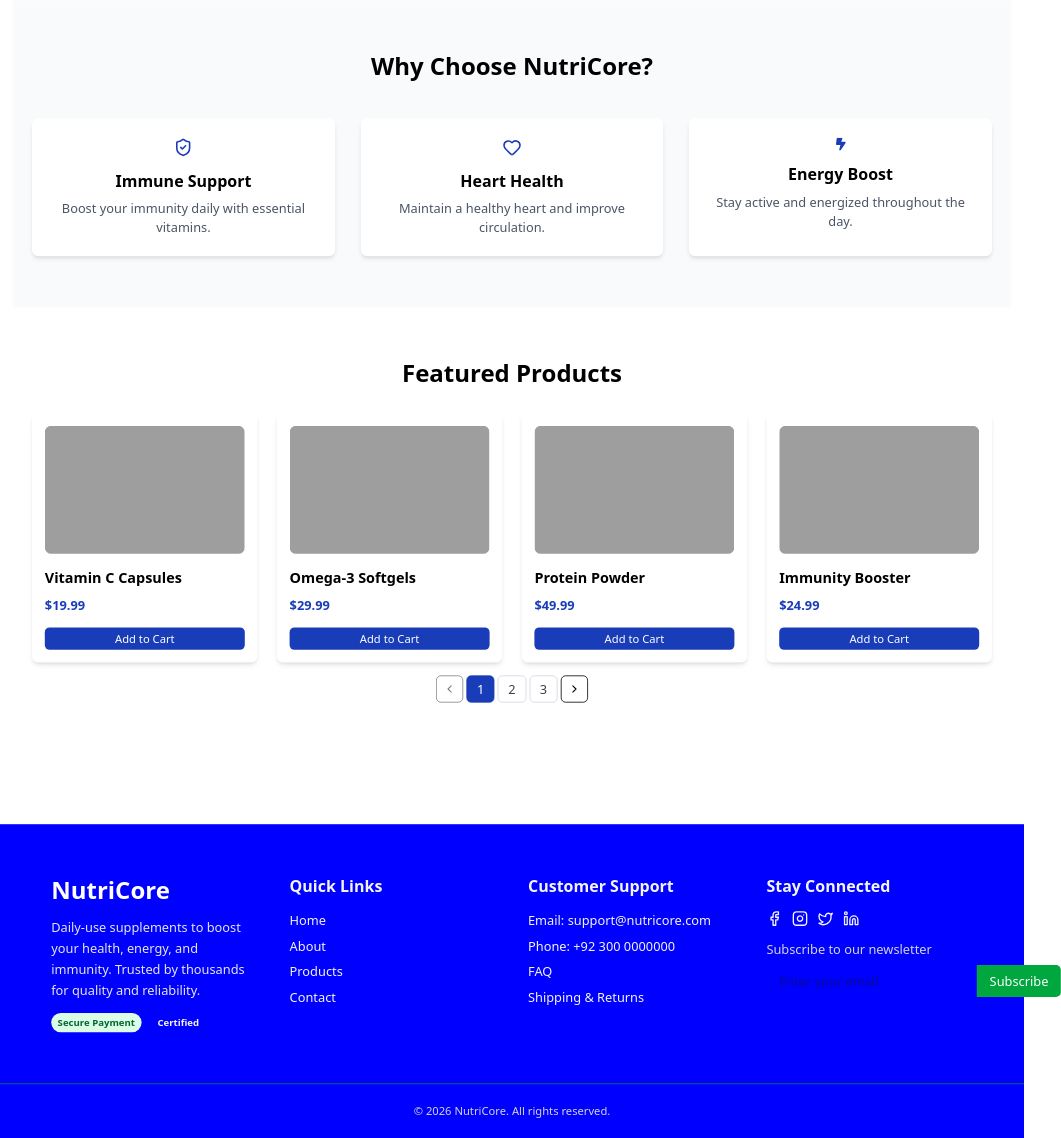
Repository: A-Nawaz512/NutriCore
Page: / (app in frontend/)
An editor plug-in stored every save of this project. The page is shown before and after the next save, followed by the edit.
The browser window is 1280 px wide. The page is 1326 px wide, so the pictures cover 1326 px, including what lies to the right of the window. The pictures show the part of the page from y = 664 to 2087 px (the page is 2087 px tall), at 80% of full size.
Pictures or frames that could not be fetched are drawn as grey boxes. The project was rebuilt for these pictures with package versions that can differ from the ones it lists, and the page was loaded fresh each time. Also part of the build but not shown: frontend/vite.config.ts.

Above is the page before, as saved 2026-02-17 19:18:55.

### frontend/src/main.tsx
import { StrictMode } from 'react'
import { createRoot } from 'react-dom/client'
import './index.css'
import App from './App.tsx'
import {BrowserRouter} from "react-router-dom"

createRoot(document.getElementById('root')!).render(
  <StrictMode>
     <BrowserRouter>
      <App />
    </BrowserRouter>
  </StrictMode>,
)

### frontend/src/App.tsx
import AppRouter from "./app/router/AppRouter"

function App() {
  return <AppRouter />
}

export default App

### frontend/src/app/router/AppRouter.tsx
import { Routes, Route } from "react-router-dom"
import { lazy, Suspense } from "react"

import MainLayout from "../../shared/components/layout/MainLayout"
// import AdminLayout from "@/shared/components/layout/AdminLayout"
// import ProtectedRoute from "./ProtectedRoute"
// import AdminRoute from "./AdminRoute"

const HomePage = lazy(() => import("../../features/home/pages/HomePage"))
// const AboutPage = lazy(() => import("@/features/about/pages/AboutPage"))
// const ProductsPage = lazy(() => import("@/features/products/pages/ProductsPage"))
// const ContactPage = lazy(() => import("@/features/contact/pages/ContactPage"))
// const LoginPage = lazy(() => import("@/features/auth/pages/LoginPage"))
// const SignupPage = lazy(() => import("@/features/auth/pages/SignupPage"))
// const DashboardPage = lazy(() => import("@/features/admin/pages/DashboardPage"))

const AppRouter = () => {
  return (
    <Suspense fallback={<div>Loading...</div>}>
      <Routes>
        {/* Public Layout */}
        <Route element={<MainLayout />}>
          <Route path="/" element={<HomePage />} />
          {/* <Route path="/about" element={<AboutPage />} />
          <Route path="/products" element={<ProductsPage />} />
          <Route path="/contact" element={<ContactPage />} /> */}
        </Route>

        {/* Auth */}
        {/* <Route path="/login" element={<LoginPage />} />
        <Route path="/signup" element={<SignupPage />} /> */}

        {/* Protected Admin */}
        {/* <Route element={<ProtectedRoute />}>
          <Route element={<AdminRoute />}>
            <Route element={<AdminLayout />}>
              <Route path="/admin/dashboard" element={<DashboardPage />} />
            </Route>
          </Route>
        </Route> */}
      </Routes>
    </Suspense>
  )
}

export default AppRouter

### frontend/src/shared/components/layout/MainLayout.tsx
import { Outlet } from "react-router-dom"
import Header from "./Header"
import Footer from "./Footer"

const MainLayout = () => {
  return (
    <div className="min-h-screen flex flex-col bg-white">
      <Header />
      <main className="flex-1 container mx-auto px-4 py-6">
        <Outlet />
      </main>
      <Footer />
    </div>
  )
}

export default MainLayout

### frontend/src/features/home/pages/HomePage.tsx
import { FC } from "react"
import HeroSection from "../components/HeroSection"
import BenefitsSection from "../components/BenefitsSection"
import FeaturedProducts from "../components/FeaturedProducts"

const HomePage: FC = () => {
  return (
    <>
      <HeroSection />
      <BenefitsSection />
      <FeaturedProducts />
    </>
  )
}

export default HomePage

### frontend/src/shared/components/layout/Header.tsx
import { FC, useState } from "react"
import { Link } from "react-router-dom"
import { ShoppingCart, Menu, X } from "lucide-react"
import Button from "../ui/Button"
import Badge from "../ui/Badge"

const Header: FC = () => {
  const [isMobileMenuOpen, setIsMobileMenuOpen] = useState(false)

  const navLinks = [
    { name: "Home", path: "/" },
    { name: "About", path: "/about" },
    { name: "Products", path: "/products" },
    { name: "Contact", path: "/contact" },
  ]

  return (
    <header className="bg-white shadow-md">
      <div className="container mx-auto flex items-center justify-between p-4">
        {/* Logo */}
        <Link to="/" className="text-2xl font-bold text-blue-800">
          NutriCore
        </Link>

        {/* Desktop Navigation */}
        <nav className="hidden md:flex space-x-3">
          {navLinks.map(link => (
            <Link
              key={link.name}
              to={link.path}
              className="text-gray-700 hover:bg-blue-800 hover:text-white rounded px-3 py-1 font-medium transition"
            >
              {link.name}
            </Link>
          ))}
        </nav>

        {/* Cart + Auth Buttons */}
        <div className="flex items-center space-x-4">
          <Link to="/cart" className="relative flex ">
            <ShoppingCart size={24} className="text-gray-700 hover:text-blue-800 transition" />
            <Badge color="blue" className="absolute -top-2 -right-2">
              2
            </Badge>
          </Link>
          <Button variant="outline" size="sm">
            Login
          </Button>
        </div>

        {/* Mobile Menu Toggle */}
        <div className="md:hidden">
          <button onClick={() => setIsMobileMenuOpen(prev => !prev)}>
            {isMobileMenuOpen ? <X size={24} /> : <Menu size={24} />}
          </button>
        </div>
      </div>

      {/* Mobile Menu */}
      {isMobileMenuOpen && (
        <div className="md:hidden bg-white shadow-md">
          {navLinks.map(link => (
            <Link
              key={link.name}
              to={link.path}
              className="block px-4 py-2 text-gray-700 hover:bg-gray-100 transition"
              onClick={() => setIsMobileMenuOpen(false)}
            >
              {link.name}
            </Link>
          ))}
        </div>
      )}
    </header>
  )
}

export default Header

### frontend/src/shared/components/layout/Footer.tsx
import { FC } from "react"
import { Link } from "react-router-dom"
import Badge from "../ui/Badge"
import { Facebook, Instagram, Twitter, Linkedin } from "lucide-react"

const Footer: FC = () => {
  return (
    <footer className="bg-[blue] text-gray-100 mt-16">
      <div className="container mx-auto py-16 px-8 md:px-16 grid md:grid-cols-4 gap-10">
        {/* Branding */}
        <div className="space-y-4">
          <h2 className="text-3xl font-bold text-white">NutriCore</h2>
          <p className="text-gray-200 leading-relaxed">
            Daily-use supplements to boost your health, energy, and immunity.
            Trusted by thousands for quality and reliability.
          </p>
          <div className="flex space-x-3 mt-2">
            <Badge color="green" className="rounded-md px-3 py-1 text-sm">Secure Payment</Badge>
            <Badge color="yellow" className="rounded-md px-3 py-1 text-sm">Certified</Badge>
          </div>
        </div>

        {/* Quick Links */}
        <div>
          <h3 className="text-xl font-semibold mb-4">Quick Links</h3>
          <ul className="space-y-2">
            <li>
              <Link to="/" className="hover:text-green-300 transition-colors duration-200">Home</Link>
            </li>
            <li>
              <Link to="/about" className="hover:text-green-300 transition-colors duration-200">About</Link>
            </li>
            <li>
              <Link to="/products" className="hover:text-green-300 transition-colors duration-200">Products</Link>
            </li>
            <li>
              <Link to="/contact" className="hover:text-green-300 transition-colors duration-200">Contact</Link>
            </li>
          </ul>
        </div>

        {/* Support / Contact */}
        <div>
          <h3 className="text-xl font-semibold mb-4">Customer Support</h3>
          <ul className="space-y-2">
            <li>Email: support@nutricore.com</li>
            <li>Phone: +92 300 0000000</li>
            <li>FAQ</li>
            <li>Shipping & Returns</li>
          </ul>
        </div>

        {/* Social + Newsletter */}
        <div className="space-y-4">
          <h3 className="text-xl font-semibold mb-4">Stay Connected</h3>
          <div className="flex space-x-3">
            <Link className="hover:text-green-300 transition-colors duration-200">
              <Facebook size={20} />
            </Link>
            <Link className="hover:text-green-300 transition-colors duration-200">
              <Instagram size={20} />
            </Link>
            <Link className="hover:text-green-300 transition-colors duration-200">
              <Twitter size={20} />
            </Link>
            <Link className="hover:text-green-300 transition-colors duration-200">
              <Linkedin size={20} />
            </Link>
          </div>
          <div className="mt-4">
            <p className="text-gray-300 mb-2">Subscribe to our newsletter</p>
            <div className="flex">
              <input
                type="email"
                placeholder="Enter your email"
                className="flex-1 px-4 py-2 rounded-l-md focus:outline-none text-gray-900"
              />
              <button className="bg-green-600 hover:bg-green-700 px-4 py-2 rounded-r-md text-white transition-colors">
                Subscribe
              </button>
            </div>
          </div>
        </div>
      </div>

      <div className="border-t border-green-700 text-center py-6 text-gray-300 text-sm">
        &copy; {new Date().getFullYear()} NutriCore. All rights reserved.
      </div>
    </footer>
  )
}

export default Footer

### frontend/src/features/home/components/HeroSection.tsx
import { FC } from "react"
import { Swiper, SwiperSlide } from "swiper/react"
import { Autoplay, EffectFade, Pagination, Navigation } from "swiper/modules"
import "swiper/css"
import "swiper/css/effect-fade"
import "swiper/css/pagination"
import "swiper/css/navigation"
import Button from "../../../shared/components/ui/Button"
import Home01 from "../../../assets/Home/Home01.jpg"
import Home02 from "../../../assets/Home/Home02.jpg"
import Home03 from "../../../assets/Home/Home03.jpg"

const slides = [
  {
    title: "Daily Health, Simplified",
    description: "NutriCore supplements for energy, immunity, and overall wellness.",
    img: Home01,
    btnText: "Shop Now",
    btnLink: "/products",
  },
  {
    title: "Fast & Secure Delivery",
    description: "Get your favorite supplements delivered to your doorstep quickly and safely.",
    img: Home02,
    btnText: "Explore Delivery",
    btnLink: "/delivery",
  },
  {
    title: "Premium Quality Products",
    description: "Certified vitamins, protein powders, and wellness boosters to support your lifestyle.",
    img: Home03,
    btnText: "View Products",
    btnLink: "/products",
  },
]

const HeroSection: FC = () => {
  return (
    <section className="relative w-full h-[80vh] overflow-hidden rounded-lg">
      <Swiper
        modules={[Autoplay, EffectFade, Pagination, Navigation]}
        effect="fade"
        autoplay={{ delay: 3000, disableOnInteraction: false }}
        loop={true}
        speed={1000}
        pagination={{
          clickable: true,
          bulletClass:
            "swiper-pagination-bullet w-4 h-4 bg-white/50 rounded-full mx-1 transition-all duration-300",
          bulletActiveClass: "swiper-pagination-bullet-active bg-white",
        }}
        navigation={true}
        className="w-full h-full"
      >
        {slides.map((slide, index) => (
          <SwiperSlide key={index}>
            <div
              className="w-full h-full relative flex flex-col md:flex-row items-center justify-between px-6 md:px-16 py-12 md:py-24"
              style={{
                backgroundImage: `url(${slide.img})`,
                backgroundSize: "cover",
                backgroundPosition: "center",
              }}
            >
              {/* Overlay */}
              <div className="absolute inset-0 bg-black/20"></div>

              {/* Text Content */}
              <div className="relative md:w-1/2 z-10 text-white max-w-lg text-center md:text-left">
                <h2 className="text-3xl md:text-5xl font-bold mb-4 leading-snug">
                  {slide.title}
                </h2>
                <p className="mb-6 text-base md:text-lg text-gray-100">
                  {slide.description}
                </p>
                <div className="flex justify-center md:justify-start">
                  <Button
                    variant="primary"
                    size="lg"
                    onClick={() => (window.location.href = slide.btnLink)}
                  >
                    {slide.btnText}
                  </Button>
                </div>
              </div>
            </div>
          </SwiperSlide>
        ))}
      </Swiper>

      {/* Custom Navigation Styling */}
      <style>
        {`
          .swiper-button-next,
          .swiper-button-prev {
            width: 3rem;
            padding : 10px;
            height: 3rem;
            border-radius: 50%;
            background-color: rgba(255,255,255,0.3);
            color: white;
            transition: all 0.3s ease;
          }
          .swiper-button-next:hover,
          .swiper-button-prev:hover {
            background-color: blue;
          }
          .swiper-button-next::after,
          .swiper-button-prev::after {
            font-size: 1.25rem;
            font-weight: bold;
          }
        `}
      </style>
    </section>
  )
}

export default HeroSection

### frontend/src/features/home/components/BenefitsSection.tsx
import { FC } from "react"
import { ShieldCheck, Heart } from "lucide-react"
import { FaBoltLightning } from "react-icons/fa6";
import Card from "../../../shared/components/ui/Card"

const benefits = [
  { icon: <ShieldCheck />, title: "Immune Support", description: "Boost your immunity daily with essential vitamins." },
  { icon: <Heart />, title: "Heart Health", description: "Maintain a healthy heart and improve circulation." },
  { icon: <FaBoltLightning />, title: "Energy Boost", description: "Stay active and energized throughout the day." },
]

const BenefitsSection: FC = () => {
  return (
    <section className="py-16 bg-gray-50">
      <div className="container mx-auto px-6 text-center">
        <h2 className="text-3xl font-bold mb-12">Why Choose NutriCore?</h2>
        <div className="grid md:grid-cols-3 gap-8">
          {benefits.map((benefit, idx) => (
            <Card key={idx} className="flex flex-col items-center text-center p-6">
              <div className="text-blue-800 mb-4">{benefit.icon}</div>
              <h3 className="text-xl font-semibold mb-2">{benefit.title}</h3>
              <p className="text-gray-600">{benefit.description}</p>
            </Card>
          ))}
        </div>
      </div>
    </section>
  )
}

export default BenefitsSection

### frontend/src/features/home/components/FeaturedProducts.tsx
import { FC } from "react"
import Card from "../../../shared/components/ui/Card"
import Button from "../../../shared/components/ui/Button"
import Pagination from "../../../shared/components/ui/Pagination"
import { useState } from "react"

const products = [
  {
    id: 1,
    name: "Vitamin C Capsules",
    price: 19.99,
    image: "https://images.pexels.com/photos/4057743/pexels-photo-4057743.jpeg",
  },
  {
    id: 2,
    name: "Omega-3 Softgels",
    price: 29.99,
    image: "https://images.pexels.com/photos/4057743/pexels-photo-4057743.jpeg",
  },
  {
    id: 3,
    name: "Protein Powder",
    price: 49.99,
    image: "https://images.pexels.com/photos/4057743/pexels-photo-4057743.jpeg",
  },
  {
    id: 4,
    name: "Immunity Booster",
    price: 24.99,
    image: "https://images.pexels.com/photos/4057743/pexels-photo-4057743.jpeg",
  },
]

const FeaturedProducts: FC = () => {
  const [currentPage, setCurrentPage] = useState(1)
  const totalPages = 3 // mock

  return (
    <section className="py-16 container mx-auto px-6">
      <h2 className="text-3xl font-bold mb-8 text-center">Featured Products</h2>
      <div className="grid md:grid-cols-4 gap-6">
        {products.map(product => (
          <Card key={product.id}>
            <img src={product.image} alt={product.name} className="rounded-lg mb-4 w-full h-40 object-cover" />
            <h3 className="text-lg font-semibold mb-2">{product.name}</h3>
            <p className="text-blue-800 font-bold mb-4">${product.price.toFixed(2)}</p>
            <Button variant="primary" size="sm" className="w-full">
              Add to Cart
            </Button>
          </Card>
        ))}
      </div>

      <Pagination currentPage={currentPage} totalPages={totalPages} onPageChange={setCurrentPage} />
    </section>
  )
}

export default FeaturedProducts

### frontend/src/shared/components/ui/Button.tsx
import { ButtonHTMLAttributes, FC, ReactNode } from "react"
import clsx from "clsx"
import { motion } from "framer-motion"

interface ButtonProps extends ButtonHTMLAttributes<HTMLButtonElement> {
  variant?: "primary" | "secondary" | "outline"
  size?: "sm" | "md" | "lg"
  children: ReactNode
}

const Button: FC<ButtonProps> = ({
  variant = "primary",
  size = "md",
  children,
  className,
  ...props
}) => {
  const baseClasses =
    "font-medium rounded-md transition-all duration-200 focus:outline-none focus:ring-2 focus:ring-offset-2 flex items-center justify-center"

  const variantClasses = clsx({
    "bg-blue-800 text-white hover:bg-blue-700 focus:ring-blue-500 cursor-pointer": variant === "primary",
    "bg-gray-100 text-gray-900 hover:bg-gray-200 focus:ring-gray-400 cursor-pointer": variant === "secondary",
    "border-2 border-blue-800 text-blue-800 hover:text-white cursor-pointer hover:bg-blue-800 focus:ring-blue-500": variant === "outline"
  })

  const sizeClasses = clsx({
    "px-3 py-1 text-sm": size === "sm",
    "px-4 py-2 text-md": size === "md",
    "px-6 py-3 text-lg": size === "lg"
  })

  return (
    <motion.button
      whileTap={{ scale: 0.95 }}
      className={clsx(baseClasses, variantClasses, sizeClasses, className)}
      {...props}
    >
      {children}
    </motion.button>
  )
}

export default Button

### frontend/src/shared/components/ui/Badge.tsx
import { FC, ReactNode } from "react"
import clsx from "clsx"

interface BadgeProps {
  children: ReactNode
  color?: "blue" | "green" | "red" | "gray"
}

const Badge: FC<BadgeProps> = ({ children, color = "gray" }) => {
  const colors = clsx({
    "bg-blue-100 text-blue-800": color === "blue",
    "bg-green-100 text-green-800": color === "green",
    "bg-red-100 text-red-800": color === "red",
    "bg-gray-100 text-gray-800": color === "gray",
  })

  return <span className={clsx("px-2 py-1 text-xs rounded-full font-semibold", colors)}>{children}</span>
}

export default Badge

### frontend/src/shared/components/ui/Card.tsx
import { FC, ReactNode } from "react"
import clsx from "clsx"

interface CardProps {
  children: ReactNode
  className?: string
}

const Card: FC<CardProps> = ({ children, className }) => {
  return (
    <div className={clsx("bg-white shadow-md rounded-lg p-4 transition hover:shadow-lg", className)}>
      {children}
    </div>
  )
}

export default Card

### frontend/src/shared/components/ui/Pagination.tsx
import { FC } from "react"
import clsx from "clsx"
import { ChevronLeft, ChevronRight } from "lucide-react"

interface PaginationProps {
  currentPage: number
  totalPages: number
  onPageChange: (page: number) => void
  siblingCount?: number // number of pages to show around current
}

const Pagination: FC<PaginationProps> = ({
  currentPage,
  totalPages,
  onPageChange,
  siblingCount = 1,
}) => {
  if (totalPages === 0) return null

  const generatePages = () => {
    const pages: (number | "...")[] = []

    const startPage = Math.max(2, currentPage - siblingCount)
    const endPage = Math.min(totalPages - 1, currentPage + siblingCount)

    // Always show first page
    pages.push(1)

    // Left ellipsis
    if (startPage > 2) {
      pages.push("...")
    }

    // Middle pages
    for (let i = startPage; i <= endPage; i++) {
      pages.push(i)
    }

    // Right ellipsis
    if (endPage < totalPages - 1) {
      pages.push("...")
    }

    // Always show last page if totalPages > 1
    if (totalPages > 1) pages.push(totalPages)

    return pages
  }

  const pages = generatePages()

  return (
    <div className="flex items-center space-x-1 mt-4 justify-center">
      {/* Previous Button */}
      <button
        onClick={() => onPageChange(currentPage - 1)}
        disabled={currentPage === 1}
        className={clsx(
          "p-2 rounded-md border hover:bg-gray-100 disabled:opacity-50 disabled:cursor-not-allowed",
        )}
      >
        <ChevronLeft size={16} />
      </button>

      {/* Page Numbers */}
      {pages.map((page, idx) =>
        page === "..." ? (
          <span key={idx} className="px-2 text-gray-500">
            ...
          </span>
        ) : (
          <button
            key={idx}
            onClick={() => onPageChange(page as number)}
            className={clsx(
              "px-3 py-1 rounded-md border transition",
              page === currentPage
                ? "bg-blue-800 text-white border-blue-800"
                : "hover:bg-gray-100 border-gray-300 text-gray-700"
            )}
          >
            {page}
          </button>
        )
      )}

      {/* Next Button */}
      <button
        onClick={() => onPageChange(currentPage + 1)}
        disabled={currentPage === totalPages}
        className={clsx(
          "p-2 rounded-md border hover:bg-gray-100 disabled:opacity-50 disabled:cursor-not-allowed"
        )}
      >
        <ChevronRight size={16} />
      </button>
    </div>
  )
}

export default Pagination

Loaded but not shown: frontend/index.html (common file); frontend/src/index.css (common file)

After the next save:
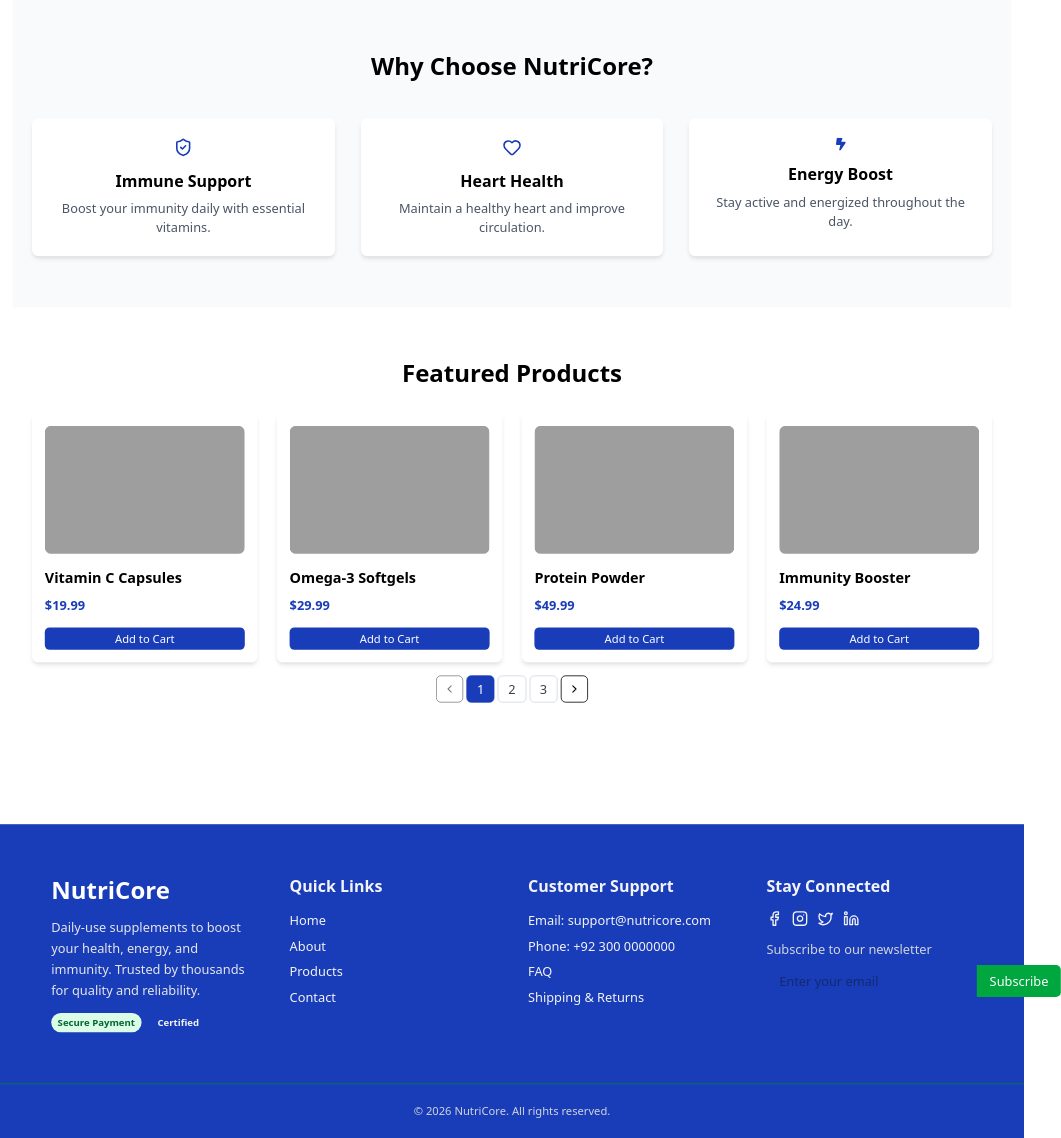
Saved 16 s later.
--- a/frontend/src/shared/components/layout/Footer.tsx
+++ b/frontend/src/shared/components/layout/Footer.tsx
@@ -5,7 +5,7 @@ import { Facebook, Instagram, Twitter, Linkedin } from "lucide-react"
 
 const Footer: FC = () => {
   return (
-    <footer className="bg-[blue] text-gray-100 mt-16">
+    <footer className="bg-blue-800 text-gray-100 mt-16">
       <div className="container mx-auto py-16 px-8 md:px-16 grid md:grid-cols-4 gap-10">
         {/* Branding */}
         <div className="space-y-4">
